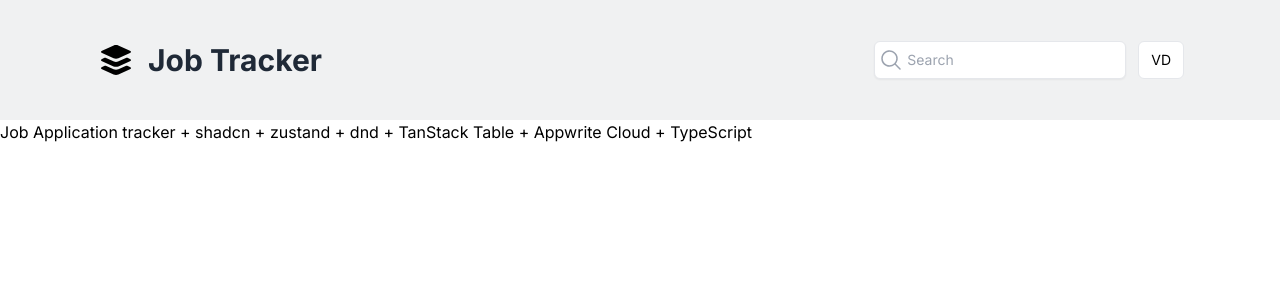
Repository: Vasil1001/job-applications-tracker-nextjs
Page: /
These files come from the project's save history. The page is drawn as it stood at one moment and after the next save; the edit follows.
The browser window is 1280 px wide. The pictures show the whole page.
The project was rebuilt for these pictures with package versions that can differ from the ones it lists, and the page was loaded fresh each time. The framework's server and built-in components were replaced by stand-ins that run in the browser. Also part of the build but not shown: next.config.js.

Above is the page before, as saved 2023-06-24 17:37:45.

After the next save:
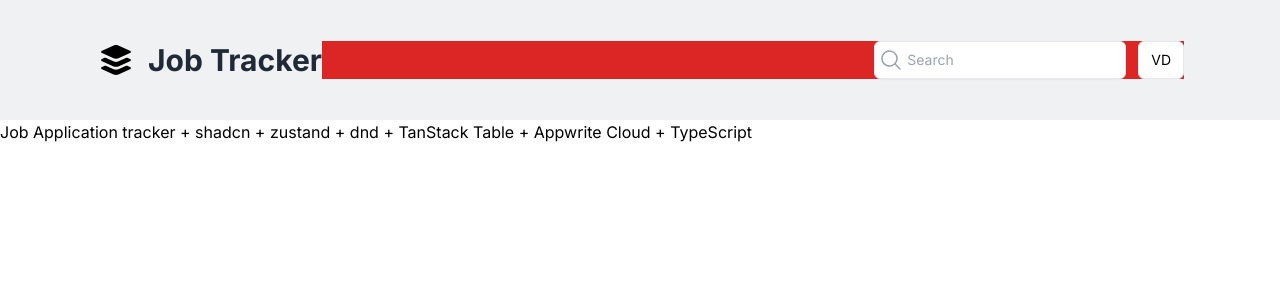
Saved 7 s later.
--- a/components/Header.tsx
+++ b/components/Header.tsx
@@ -31,7 +31,7 @@
         </div>
 
         {/* Search input, button and profile */}
-        <div className="flex items-center gap-3 flex-1 justify-end w-full">
+        <div className="flex items-center gap-3 bg-red-600 flex-1 justify-end w-full">
           <form className="peer flex items-center p-1 space-l-5 bg-white border shadow-sm focus-visible:outline-none focus-visible:ring-1 focus:ring-gray-400 text-black border-gray-200 sm:text-sm rounded-md hover:border-gray-300 placeholder:text-gray-400 focus:placeholder:text-gray-500 flex-1 md:flex-initial">
             <HiMagnifyingGlass className="w-6 h-6 text-gray-400" />
             <input

After the 3 saves that followed:
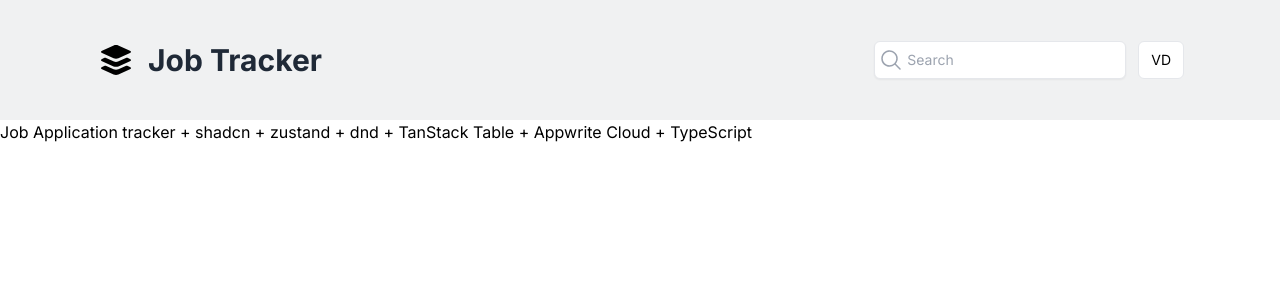
The 3 saves are shown as one change because 1 left the picture as it was and some came seconds apart.
The last was saved 36 s later.
--- a/components/Header.tsx
+++ b/components/Header.tsx
@@ -31,8 +31,8 @@
         </div>
 
         {/* Search input, button and profile */}
-        <div className="flex items-center gap-3 bg-red-600 flex-1 justify-end w-full">
-          <form className="peer flex items-center p-1 space-l-5 bg-white border shadow-sm focus-visible:outline-none focus-visible:ring-1 focus:ring-gray-400 text-black border-gray-200 sm:text-sm rounded-md hover:border-gray-300 placeholder:text-gray-400 focus:placeholder:text-gray-500 flex-1 md:flex-initial">
+        <div className="flex items-center gap-3 flex-1 justify-end w-full">
+          <form className="peer flex items-center p-1 space-l-5 bg-white border shadow-sm focus-visible:outline-none focus-visible:ring-1 focus:ring-gray-400 text-black border-gray-200 text-sm rounded-md hover:border-gray-300 placeholder:text-gray-400 focus:placeholder:text-gray-500 flex-1 md:flex-initial">
             <HiMagnifyingGlass className="w-6 h-6 text-gray-400" />
             <input
               type="text"
@@ -42,7 +42,7 @@
             <button hidden> Search</button>
           </form>
 
-          <button className="p-2 px-3 text-black text-sm font-regular border outline-none focus-visible:outline-none focus-visible:ring-1 focus:ring-gray-400 bg-white border-gray-200 sm:text-sm rounded-md hover:border-gray-300 ">
+          <button className="p-2 px-3 text-black text-sm font-regular border outline-none focus-visible:outline-none focus-visible:ring-1 focus:ring-gray-400 bg-white border-gray-200 text-sm rounded-md hover:border-gray-300 ">
             VD
           </button>
         </div>
